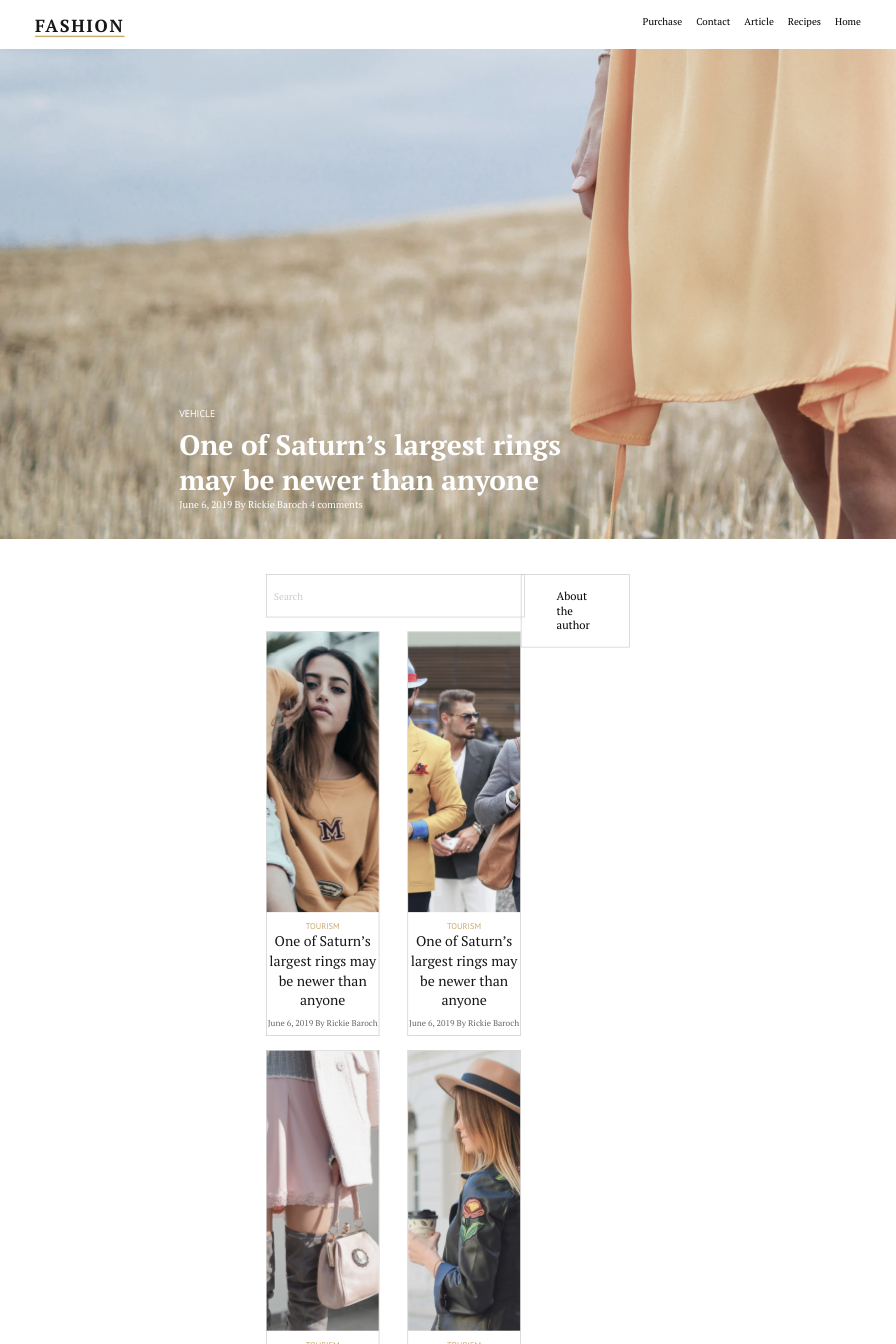
Repository: ThanhHien65/CIJS75
Page: / (app in REACTJS-FashionBlog/fashionblog/)
These files come from the project's save history. The page is drawn as it stood at one moment and after the next save; the edit follows.
The browser window is 1280 px wide. The pictures show the part of the page from y = 0 to 1920 px (the page is 2726 px tall), at 70% of full size.
The project was rebuilt for these pictures with package versions that can differ from the ones it lists, and the page was loaded fresh each time.

Above is the page before, as saved 2022-06-24 13:45:01.

After the next save:
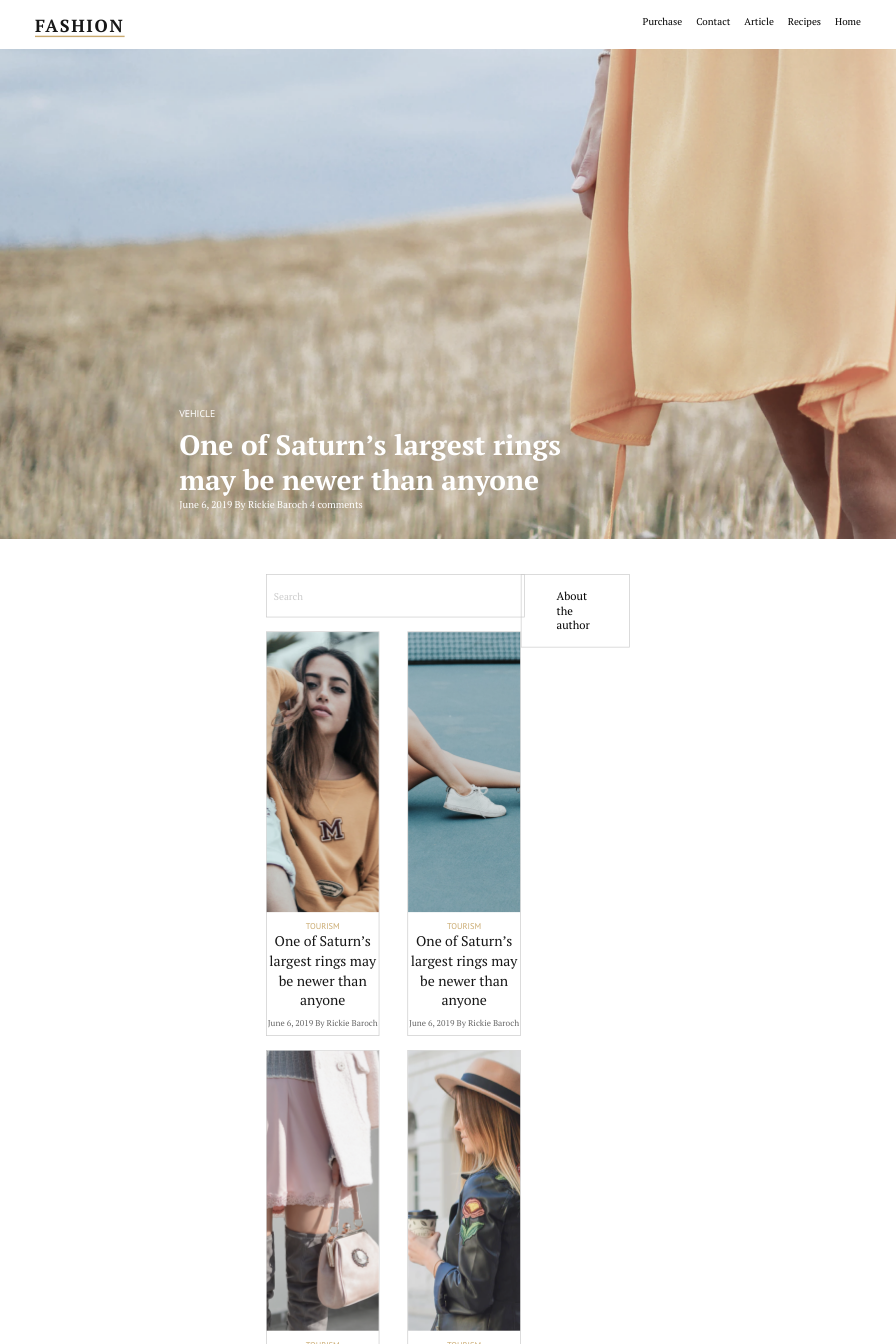
Saved 7 s later.
--- a/REACTJS-FashionBlog/fashionblog/src/component/body/info.js
+++ b/REACTJS-FashionBlog/fashionblog/src/component/body/info.js
@@ -7,7 +7,7 @@ import bitmap5 from "../../image/Bitmap5.png";
 export const ImageInfo = [
   {
     image1: bitmap,
-    image2: bitmap2,
+    image2: bitmap1,
     tour: "Tourism",
     details: "One of Saturn’s largest rings may be newer than anyone",
     date: "June 6, 2019 By Rickie Baroch",
